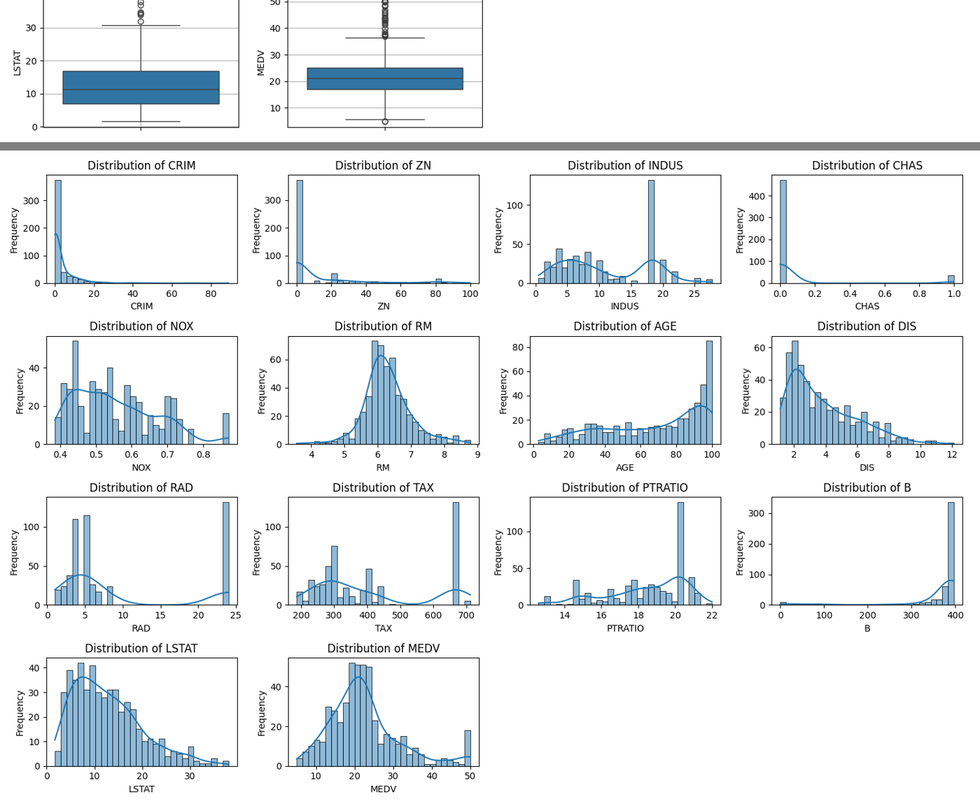
Repository: sjetti5555/GenAi
Script's output: python Training/AllDomains/BostonHouse.py
These files come from the project's save history. The script's output is drawn as it stood at one moment and after the next save; the edit follows.
The pictures show rows 730 to 2490 of an output 1878 px tall, at 70% of full size.
Each picture stacks the figures in order, with grey between them; figures that are only written to a file come last. Figures wider than 1,400 px are first shrunk to that width. Random numbers start from a fixed seed.

Above is the script's output before, as saved 2024-10-31 12:49:58.
Error (its wording comes from the project's code and is left out).

### Training/AllDomains/BostonHouse.py
import pandas as pd
import matplotlib.pyplot as plt
import seaborn as sns
from sklearn.model_selection import train_test_split
from sklearn.ensemble import RandomForestRegressor
from sklearn.metrics import mean_squared_error, r2_score
from sklearn.preprocessing import StandardScaler
from sklearn.decomposition import PCA
import numpy as np

# Load the dataset
file_path = r'C:\Users\srira\OneDrive\Desktop\Gen_AI\Training\AllDomains\boston.csv'  # Update this path
data = pd.read_csv(file_path, header=None)

# Assign column names
data.columns = ['CRIM', 'ZN', 'INDUS', 'CHAS', 'NOX', 'RM', 'AGE', 'DIS', 'RAD', 'TAX', 'PTRATIO', 'B', 'LSTAT', 'MEDV']

# Display the first few rows of the dataset
print(data.head())
print(data.info())
print(data.describe())

# Convert non-numeric columns to numeric if necessary
for column in data.columns:
    data[column] = pd.to_numeric(data[column], errors='coerce')  # Convert to numeric, coercing errors to NaN

# Drop any rows with NaN values (if any)
data.dropna(inplace=True)

# Separate features and target variable
X = data.drop('MEDV', axis=1)  # Features
y = data['MEDV']  # Target variable

# Check the data types of X to ensure they are all numeric
print(X.dtypes)

# Box plots for all numeric columns on a single page
numeric_columns = data.select_dtypes(include=[np.number]).columns  # Select numeric columns

plt.figure(figsize=(15, 10))
for i, column in enumerate(numeric_columns, 1):
    plt.subplot(4, 4, i)
    sns.boxplot(y=data[column])
    plt.title(f'Boxplot of {column}')
    plt.ylabel(column)
    plt.grid()

plt.tight_layout()
plt.show()

# Distribution plots for all numeric columns on a single page
plt.figure(figsize=(15, 10))
for i, column in enumerate(numeric_columns, 1):
    plt.subplot(4, 4, i)
    sns.histplot(data[column], kde=True, bins=30)  # KDE for density estimation
    plt.title(f'Distribution of {column}')
    plt.xlabel(column)
    plt.ylabel('Frequency')

plt.tight_layout()
plt.show()

# Standardize the features
scaler = StandardScaler()
X_scaled = scaler.fit_transform(X)

# Apply PCA
pca = PCA(n_components=2)  # Reduce to 2 dimensions for visualization
X_pca = pca.fit_transform(X_scaled)

# Create a DataFrame for PCA results
pca_df = pd.DataFrame(data=X_pca, columns=['PC1', 'PC2'])
pca_df['MEDV'] = y.values  # Add the target variable for visualization

# Visualize PCA results
plt.figure(figsize=(10, 6))
sns.scatterplot(data=pca_df, x='PC1', y='PC2', hue='MEDV', palette='viridis', alpha=0.7)
plt.title('PCA of Boston Housing Data')
plt.xlabel('Principal Component 1')
plt.ylabel('Principal Component 2')
plt.colorbar(label='MEDV (Median Value of Homes)')
plt.grid()
plt.show()

# Explained variance ratio
explained_variance = pca.explained_variance_ratio_
print(f'Explained Variance by Principal Components: {explained_variance}')

# Train a Random Forest model
X_train, X_test, y_train, y_test = train_test_split(X_scaled, y, test_size=0.2, random_state=42)
model = RandomForestRegressor(n_estimators=100, random_state=42)
model.fit(X_train, y_train)

# Predictions and evaluation
y_pred = model.predict(X_test)
mse = mean_squared_error(y_test, y_pred)
r2 = r2_score(y_test, y_pred)

print(f'Mean Squared Error: {mse}')
print(f'R-squared: {r2}')

Loaded but not shown: Training/AllDomains/boston.csv (common file)

After the next save:
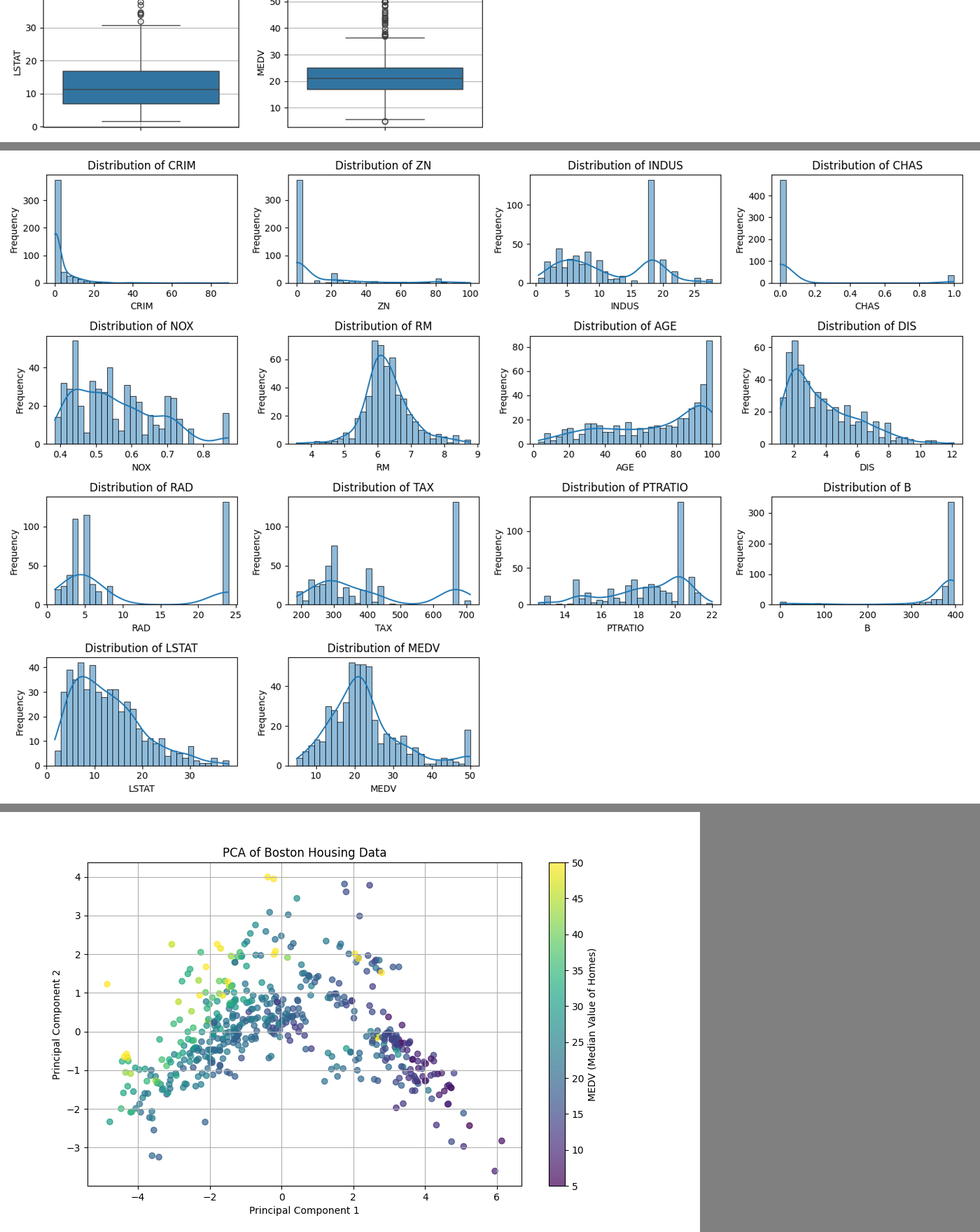
The error is gone.
Saved 87 s later.
--- a/Training/AllDomains/BostonHouse.py
+++ b/Training/AllDomains/BostonHouse.py
@@ -74,11 +74,11 @@ pca_df['MEDV'] = y.values  # Add the target variable for visualization
 
 # Visualize PCA results
 plt.figure(figsize=(10, 6))
-sns.scatterplot(data=pca_df, x='PC1', y='PC2', hue='MEDV', palette='viridis', alpha=0.7)
+scatter = plt.scatter(data=pca_df, x='PC1', y='PC2', c=pca_df['MEDV'], cmap='viridis', alpha=0.7)
 plt.title('PCA of Boston Housing Data')
 plt.xlabel('Principal Component 1')
 plt.ylabel('Principal Component 2')
-plt.colorbar(label='MEDV (Median Value of Homes)')
+plt.colorbar(scatter, label='MEDV (Median Value of Homes)')
 plt.grid()
 plt.show()
 
